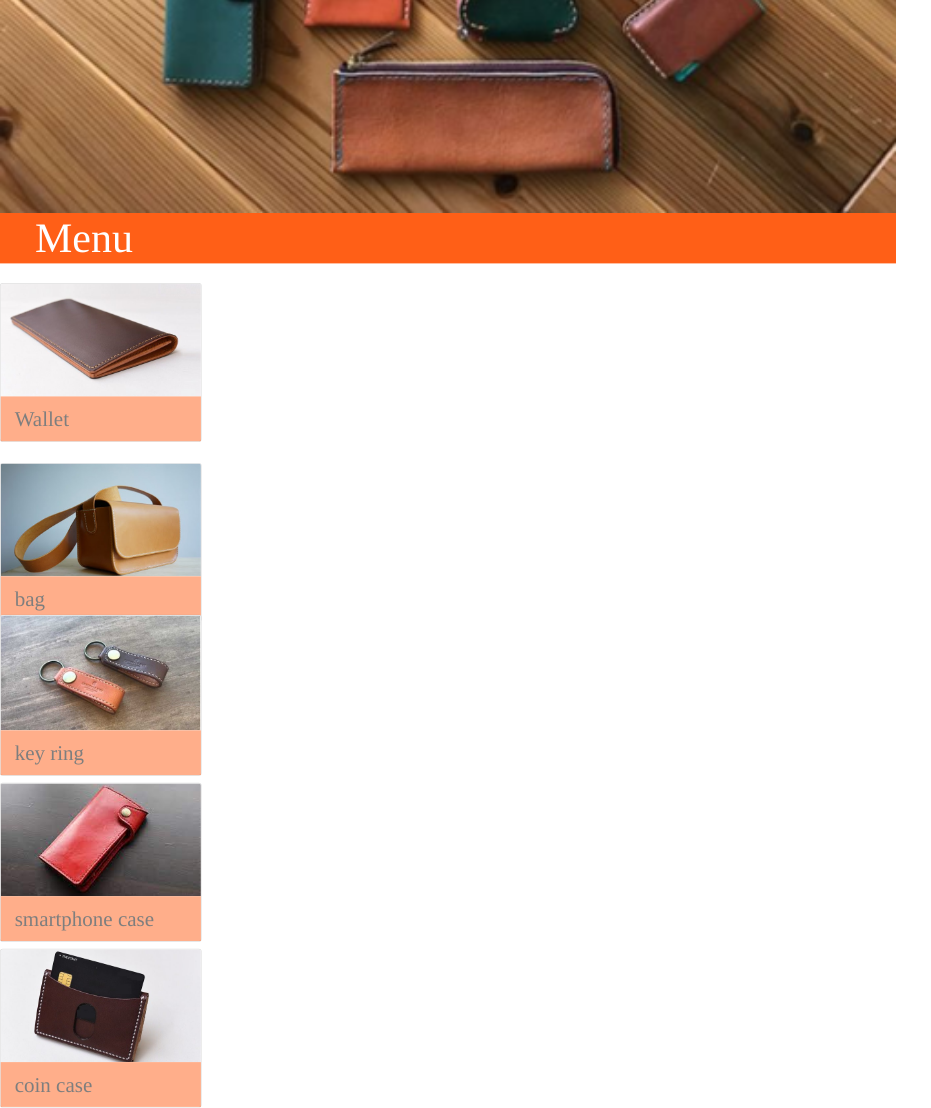
Repository: Ossan-gon/leatercraft
Page: index/indexx.html
The author's editor kept a record of every edit. The page is drawn from the files as they stood at one moment, then again after the next edit.
The browser window is 1280 px wide. The page is 1330 px wide, so the pictures cover 1330 px, including what lies to the right of the window. The pictures show the part of the page from y = 735 to 2575 px (the page is 2318 px tall before and 2575 px after), at 70% of full size.
Some web libraries are served in a nearby version.

Above is the page before.

After the next edit:
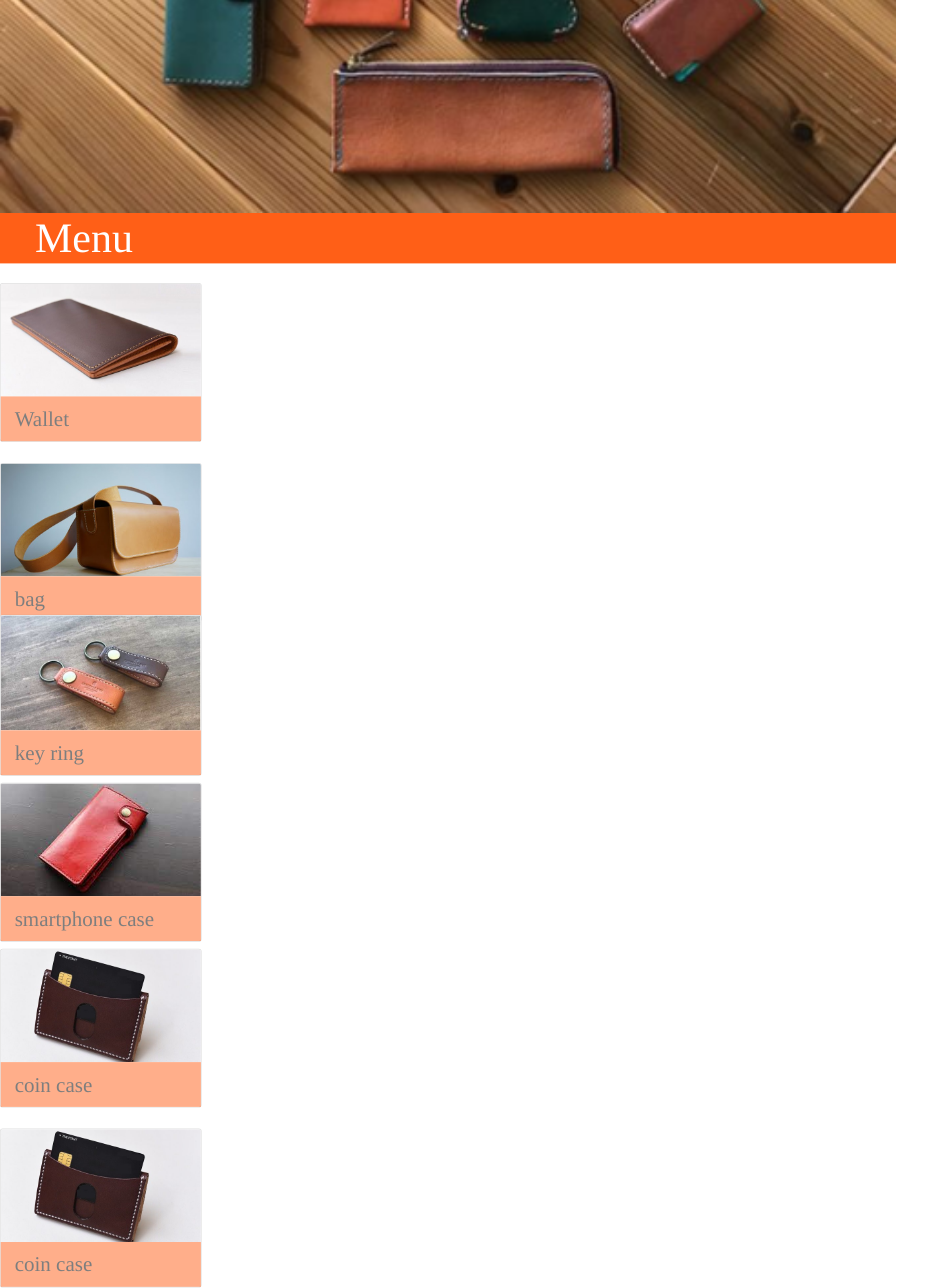
The edit:
--- a/index/indexx.html
+++ b/index/indexx.html
@@ -103,6 +103,12 @@
                 <p class="card-text">coin case</p>
               </div>
             </div>
+            <div class="card" style="width: 18rem;">
+              <img src="./../images/coincase.png" class="card-img-top" alt="coin_case">
+              <div class="card-body">
+                <p class="card-text">coin case</p>
+              </div>
+            </div>
         </div>
     </section>
     <script src="https://cdn.jsdelivr.net/npm/@popperjs/core@2.5.4/dist/umd/popper.min.js" integrity="sha384-q2kxQ16AaE6UbzuKqyBE9/u/KzioAlnx2maXQHiDX9d4/zp8Ok3f+M7DPm+Ib6IU" crossorigin="anonymous"></script>
